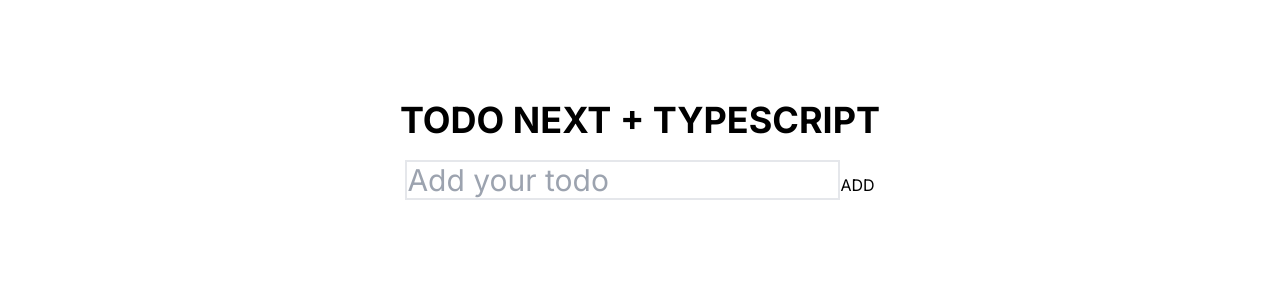
Repository: mehh000/next-ts-todo
Page: /
An editor plug-in stored every save of this project. The page is shown before and after a run of saves, followed by the edit.
The browser window is 1280 px wide. The pictures show the whole page.
The project was rebuilt for these pictures with package versions that can differ from the ones it lists, and the page was loaded fresh each time. The framework's server and built-in components were replaced by stand-ins that run in the browser. Also part of the build but not shown: next.config.mjs.

Above is the page before, as saved 2024-06-15 19:49:05.

After the next 2 saves:
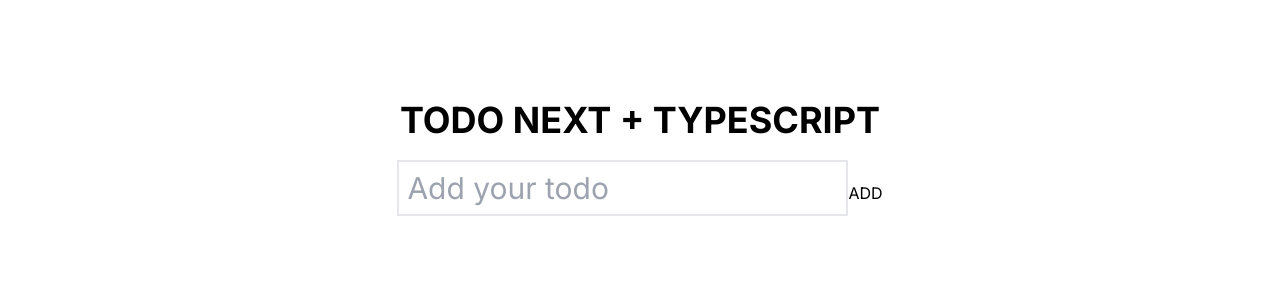
The 2 saves are shown as one change because they came seconds apart.
The last was saved 8 s later.
--- a/src/components/add-todo.tsx
+++ b/src/components/add-todo.tsx
@@ -21,7 +21,7 @@ const AddTODO: React.FC = () => {
       <input
         type="text"
         placeholder="Add your todo"
-        className=" border-2 text-3xl "
+        className=" border-2 text-3xl p-2 "
         value={todo}
         onChange={(event) => setTodo(event.target.value)}
       />
